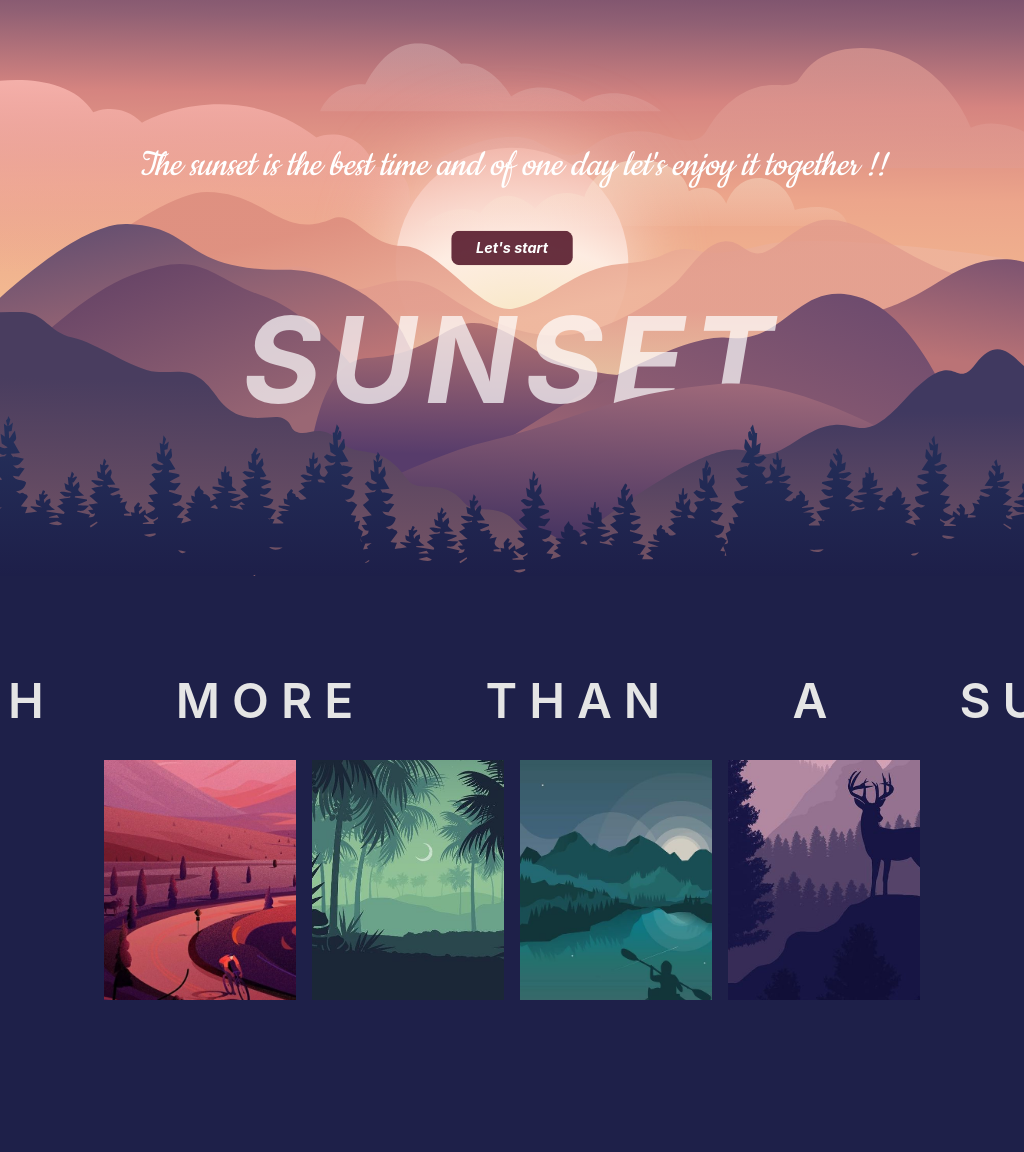
Repository: nambui98/parallax
Page: /
The author's editor kept a copy of each file at every save. The page is drawn from the files as they stood at one save, then again after the next save.
The browser window is 1280 px wide. The pictures show the whole page, at 80% of full size.
The project was rebuilt for these pictures with package versions that can differ from the ones it lists, and the page was loaded fresh each time. Also part of the build but not shown: vite.config.ts.

Above is the page before, as saved 2022-03-24 16:32:33.

### src/App.tsx
import { useEffect, useRef, useState } from 'react'
import { Link, useLocation, useNavigate } from 'react-router-dom';
import bg_1 from './assets/images/bg_1.svg'
import bg_2 from './assets/images/bg_2.svg'
import bg_3 from './assets/images/bg_3.svg'
import bg_4 from './assets/images/bg_4.svg'
import bg_5 from './assets/images/bg_5.svg'
import bg_6 from './assets/images/bg_6.svg'
import bg_7 from './assets/images/bg_7.svg'
import bg_8 from './assets/images/bg_8.svg'
import bg_9 from './assets/images/bg_9.svg'
import bg_10 from './assets/images/bg_10.svg'
import bg_11 from './assets/images/bg_11.svg'
import content1 from './assets/images/content1.png'
import content2 from './assets/images/content2.svg'
import content3 from './assets/images/content3.svg'
import content4 from './assets/images/content4.svg'
import icon from './assets/images/icon.svg'
import './App.scss'

function App() {
  let location = useLocation();
  console.log(location);

  const bg_1Ref = useRef<any>()
  const bg_2Ref = useRef<any>()
  const bg_3Ref = useRef<any>()
  const bg_4Ref = useRef<any>()
  const bg_5Ref = useRef<any>()
  const bg_6Ref = useRef<any>()
  const bg_7Ref = useRef<any>()
  const bg_8Ref = useRef<any>()
  const bg_9Ref = useRef<any>()
  const bg_10Ref = useRef<any>()
  const bg_11Ref = useRef<any>()
  const h3Ref = useRef<any>()
  const h1Ref = useRef<any>()
  const bannerRef = useRef<any>()
  const btnRef = useRef<any>()
  const h1p2Ref = useRef<any>()
  const card1Ref = useRef<any>()
  const card2Ref = useRef<any>()
  const card3Ref = useRef<any>()
  const card4Ref = useRef<any>()

  // console.log(location);

  useEffect(() => {
    window.addEventListener("scroll", () => {
      let value = window.scrollY;
      // h3Ref.current.style =
      // bg_1Ref.current.style.left = `calc(${value}px + 40rem)`;
      bg_9Ref.current.style.transform = `scale(${1 + value * 0.0005})`
      bg_10Ref.current.style.transform = `scale(${1 + value * 0.0005})`
      bg_8Ref.current.style.transform = `scale(${1 + value * 0.0005})`
      bg_7Ref.current.style.transform = `scale(${1 + value * 0.0005})`
      bg_6Ref.current.style.transform = `scale(${1 + value * 0.0005})`
      bg_5Ref.current.style.transform = `scale(${1 + value * 0.0005})`
      bg_4Ref.current.style.transform = `translateX(-50%) scale(${1 + value * 0.0005})`
      bg_3Ref.current.style.transform = `scale(${1 + value * 0.0005})`
      bg_2Ref.current.style.transform = `scale(${1 + value * 0.0005})`
      bg_1Ref.current.style.transform = `scale(${1 + value * 0.0005})`
      bg_11Ref.current.style.transform = `scale(${1 + value * 0.0004})`

      h3Ref.current.style.transform = `translateZ(${value * 0.8}px) scale(${1 + (value * 0.0009)})`
      h1Ref.current.style.transform = `translateY(${value * 0.2}px)`
      btnRef.current.style.transform = `translate(-50%, calc(-50% - ${value * 0.2}px))`
      h1p2Ref.current.style.transform = `scale(${0.5 + (1 - value * 0.0004)})`
      h1p2Ref.current.style.letterSpacing = `${-value * 0.001 + 1}rem`
      h1p2Ref.current.style.wordSpacing = `${- value * 0.01 + 8}rem`
      // card1Ref.current.style.transform = `translateY(${- value * 0.01 + 8}rem)`
      // card2Ref.current.style.wordSpacing = `${- value * 0.01 + 8}rem`
      // card3Ref.current.style.wordSpacing = `${- value * 0.01 + 8}rem`
      // card4Ref.current.style.wordSpacing = `${- value * 0.01 + 8}rem`
      // h1p2Ref.current.style.fontWeight = `${- value * 0.001 + 2}rem`

    })

    return () => {
      window.removeEventListener("scroll", () => {

      })
    }
  }, [])
  useEffect(() => {
    let url = window.location.href.split("/");
    // debugger
    let target = url[url.length - 1].toLowerCase();
    let element = document.getElementById(target);
    element && element.scrollIntoView({ behavior: "smooth", block: "start" });
  }, [location]);
  return (
    <div className="App">
      <div className="main">
        <div className="banner" id='home' ref={bannerRef}>
          <img className='bg_1' ref={bg_1Ref} src={bg_1} alt="" />
          <img className='bg_2' ref={bg_2Ref} src={bg_2} alt="" />
          <img className='bg_3' ref={bg_3Ref} src={bg_3} alt="" />
          <img className='bg_4' ref={bg_4Ref} src={bg_4} alt="" />
          <img className='bg_5' ref={bg_5Ref} src={bg_5} alt="" />
          <img className='bg_6' ref={bg_6Ref} src={bg_6} alt="" />
          <img className='bg_7' ref={bg_7Ref} src={bg_7} alt="" />
          <img className='bg_8' ref={bg_8Ref} src={bg_8} alt="" />
          <img className='bg_9' ref={bg_9Ref} src={bg_9} alt="" />
          <img className='bg_10' ref={bg_10Ref} src={bg_10} alt="" />
          <img className='bg_11' ref={bg_11Ref} src={bg_11} alt="" />

          <h3 ref={h3Ref}>The sunset is the best time and of one day let's enjoy it together !!</h3>
          <h1 ref={h1Ref}>Sunset</h1>
        </div>
        <Link to="/content" className="btn" ref={btnRef}>Let's start</Link>
        <div className="content" id="content">
          <h1 ref={h1p2Ref}> <Link to="/home" className='content__link'><img src={icon} alt="" /></Link> Much more than a sunset</h1>
          <div className="content__list">
            <div className="content__card" ref={card1Ref}>
              <div className="content__bg">
              </div>
              <h3 className='content__txt'>Enjoy the scenery on the road</h3>
            </div>
            <div className="content__card" ref={card2Ref}>
              <div className="content__bg content__bg--2">
              </div>
              <h3 className='content__txt'>Enjoy the scenery on the road</h3>
            </div>
            <div className="content__card " ref={card3Ref}>
              <div className="content__bg content__bg--3">
              </div>
              <h3 className='content__txt'>Enjoy the scenery on the road</h3>
            </div>
            <div className="content__card" ref={card4Ref}>
              <div className="content__bg content__bg--4">
              </div>
              <h3 className='content__txt'>Enjoy the scenery on the road</h3>
            </div>
          </div>
        </div>
      </div>
    </div>
  )
}

export default App

### src/App.scss
@import url('https://fonts.googleapis.com/css2?family=Cookie&display=swap');
*,
*::after,
*::before{
  padding: 0;
  margin: 0;
  box-sizing: inherit;
}
html{
  font-size: 62.5%;
  box-sizing: border-box;
}
.main{
  // perspective: 1px;
overflow: hidden;
}
.banner{
  background: linear-gradient(181.12deg, #6D4869 -4.47%, #906074 5.09%, #D58480 18.15%, #ECA58B 34.03%, #F8C995 69.69%);
  height: 100vh;
  position: relative;
  z-index: -1;
  overflow: hidden;
  perspective: 1000px;
  h3{
    position: absolute;
    top: 18rem;
    width: 100%;
    font-size: 5rem;
    font-weight: 400;
    font-style: italic;
    color: #fff;
    font-family: 'Cookie', cursive;
    text-align: center;
    // left: 50%;
    // transform: translateX(-50%);
  }
  h1{
    position: absolute;
    bottom: 18rem;
    width: 100%;
    font-size: 15rem;
    font-style: italic;
    color: rgba(255, 255, 255, .7);
    text-align: center;
    text-transform: uppercase;
    z-index: 0;
    letter-spacing: 1rem;
  }
  img{
    position: absolute;
    z-index: 0;
    &.bg_1{
      top: 5.4rem;
      left: 40rem;
    }
    &.bg_2{
      left: 0;
      top: 10rem;
    }
    &.bg_3{
      right: 0;
      top: 6rem;
    }
    &.bg_4{
      left: 50%;
      top: 8rem;
      transform: translateX(-50%);
      // top: 28.6rem;
      width: 50rem;
    }
    &.bg_5{
      right: 22rem;
      top: 20rem;
    }
    &.bg_6{
      right: 0;
      left: 0;
      top: 24rem;
      width: 100%;
    }
    &.bg_7{
      right: 0;
      left: 0;
      top: 28rem;
      width: 100%;
      // z-index: 1;
    }
     &.bg_8{
      bottom: -3rem;
      width: 100%;
      z-index: 2;
    }
    &.bg_9{
      width: 100%;
      top: 33rem;
      // z-index: 1;
    }
    &.bg_10{
      bottom: -6rem;
      z-index: 1;
    }
    &.bg_11{
      bottom: 0rem;
      width: 100%;
      z-index: 2;
    }
  }
}
.btn{
  z-index: 100;

  position: absolute;
  top: calc(50% - 5rem);
  left: 50%;
  transform: translate(-50%, -50%);
  border: none;
  background: rgba(65, 0, 22, 0.8);
  font-style: italic;
  color: #fff;
  padding: 1rem 3rem;
  border-radius: 1rem;
  cursor: pointer;
  font-size: 1.8rem;
  font-weight: 700;
  border: 1px solid transparent;
  // transition: .3s all;
  text-decoration: none;
  &:hover{
    color: rgba(65, 0, 22, 0.8);
    background: transparent;
    border-color: rgba(65, 0, 22, 0.8);
  }
}
.content{
  height: 100vh;
  width: 100%;
  background-color: #1E2049;
}
.content{
  display: flex;
  align-items: center;
  flex-direction: column;
  h1{
    color: #E5E5E5;
    font-size: 4rem;
    font-weight: 600;
    margin-top: 13rem;
    display: flex;
    align-items: center;
    letter-spacing: .3rem;
    text-transform: uppercase;

    img{
      height: 5rem;
      cursor: pointer;
      display: block;
      transition: .3s all;
      &:hover{
        transform: translateX(-1rem);
      }
    }
  }
  &__list{
    display: flex;
    justify-content: space-between;
    gap: 2rem;
    height: 30rem;
    margin-top: 5rem;
  }
  &__card{
    width: 24rem;
    overflow: hidden;
    position: relative;
    cursor: pointer;
  }
  &__bg{
    transform: scaleX(-1) translateY(-2rem);
    position: absolute;
    inset: 0;
    &::before{
      content:"";
      background-image: url(./assets/images/content1.png);
      background-size: cover;
      background-position-x: -3rem;
      background-position-y: -10rem;
      background-repeat: no-repeat;
      background-origin: content-box;
      position: absolute;
      inset: 0;
      transform: scale(1.5);
      transition: .3s all;
    }
    &--2{
      transform: scaleX(-1);
      &::before{
        background-image: url(./assets/images/content2.png);
        // background-position-x: 0;
        background-position-y: 0;
      }
    }
    &--3{
      &::before{
        background-image: url(./assets/images/content3.png);
        // background-position-x: right;
        // background-position-y: top;
      }
    }
    &--4{
    &::before{
      background-image: url(./assets/images/content4.png);
      // background-position-x: right;
      // background-position-y: top;
    }
  }

  }
  &__img{
    width: 100%;
    height: 100%;
    object-fit: cover;
  }
  &__txt{
    height: 9.4rem;
    background: rgba(0, 0, 0, 0.1);
    backdrop-filter: blur(80px);
    position: absolute;
    bottom: 0;
    width: 100%;
    color: #E5E5E5;
    font-size: 2rem;
    font-weight: normal;
    padding: 2rem;
    // height: 0;
    transform: translateY(100%);
    opacity: 0;
    transition: .3s all;
  }
  &__card:hover &__txt{
    opacity: 1;
    transform: translateY(0);
  }
  &__card:hover &__bg::before{
    background-position-x: 0px;
    background-position-y: -15rem;
    transform: scale(1);
  }
   &__card:hover &__bg--2::before{
    background-position-x: 0px;
    background-position-y: -4.5rem;
  }
  // &__card:hover{
  //   height: calc(100% - 9.4rem);
  // }
}

Loaded but not shown: index.html (common file); src/main.tsx (common file); src/index.css (common file)

After the next save:
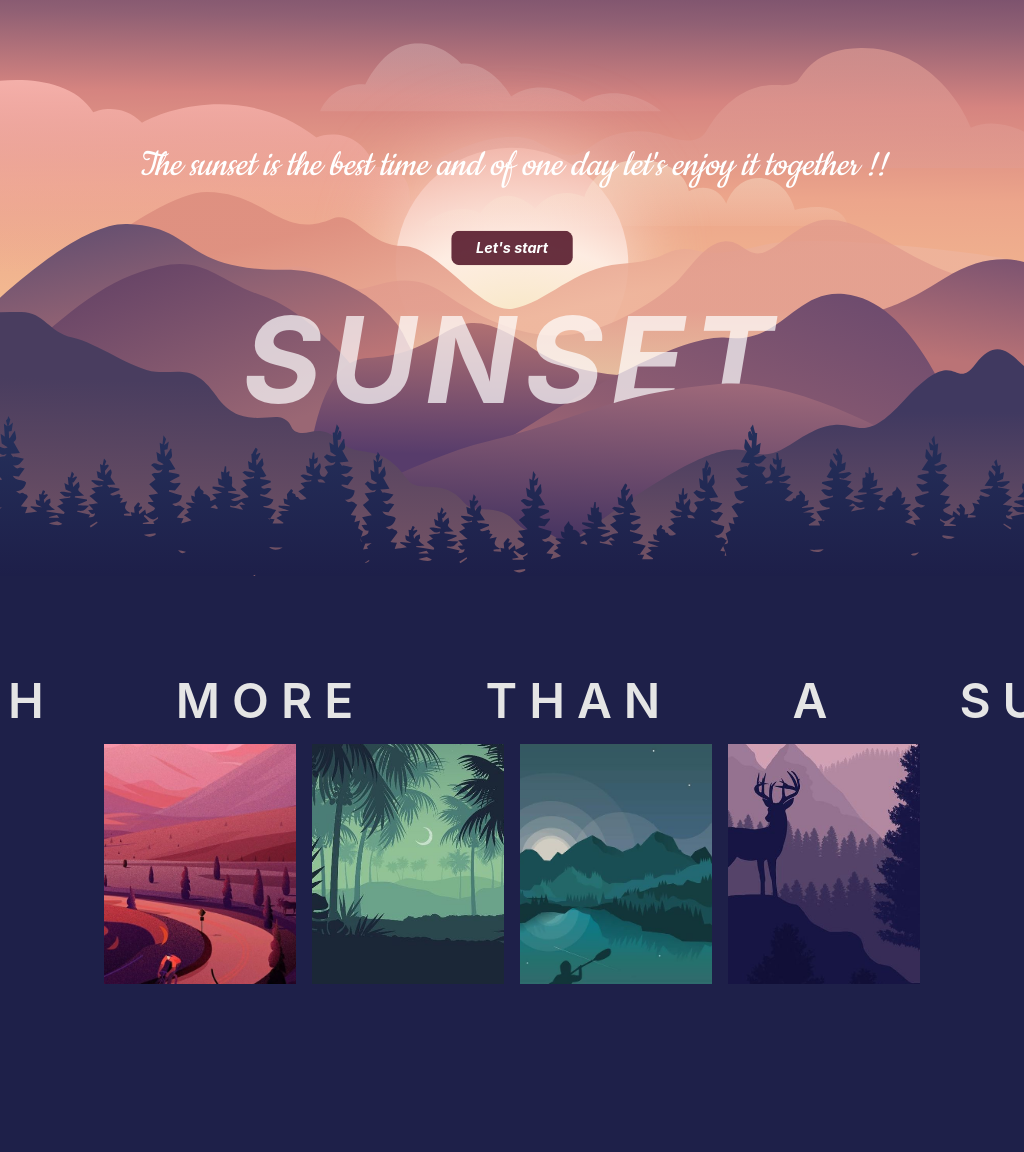
Saved 19 s later.
--- a/src/App.scss
+++ b/src/App.scss
@@ -172,9 +172,10 @@ overflow: hidden;
     overflow: hidden;
     position: relative;
     cursor: pointer;
+    transform:  translateY(-2rem);
   }
   &__bg{
-    transform: scaleX(-1) translateY(-2rem);
+
     position: absolute;
     inset: 0;
     &::before{
